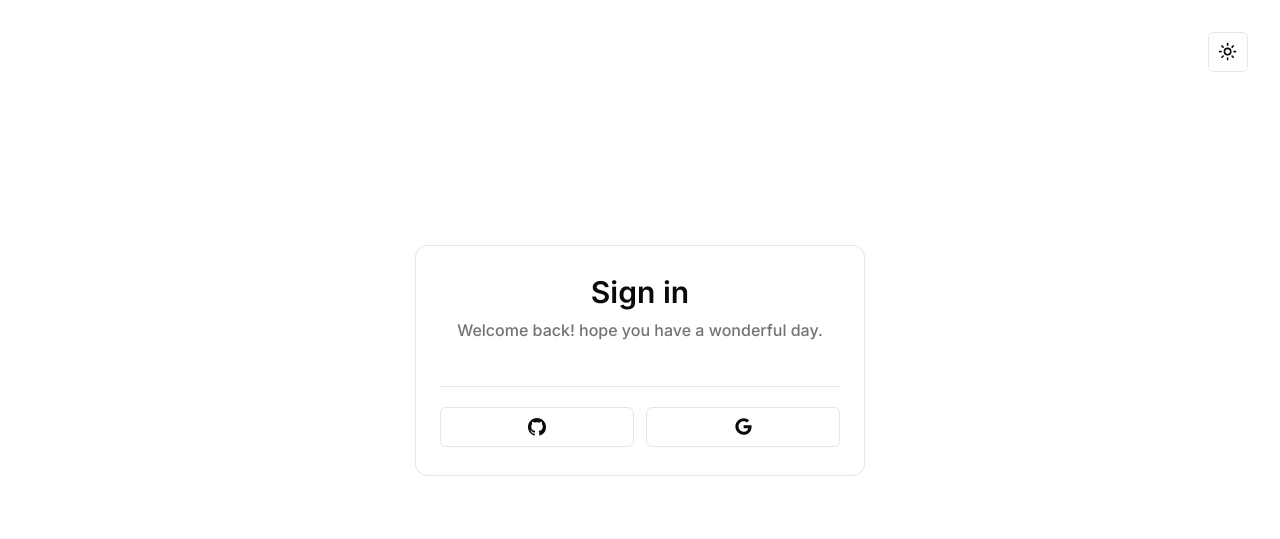
Repository: nickgoel31/authentication-toolkit
Page: /sign-in
These files come from the project's save history. The page is drawn as it stood at one moment and after a run of saves; the edit follows.
The browser window is 1280 px wide. The pictures show the whole page.
The project was rebuilt for these pictures with package versions that can differ from the ones it lists, and the page was loaded fresh each time. The framework's server and built-in components were replaced by stand-ins that run in the browser. Also part of the build but not shown: next.config.mjs.

Above is the page before, as saved 2024-02-04 13:38:10.

After the next 2 saves:
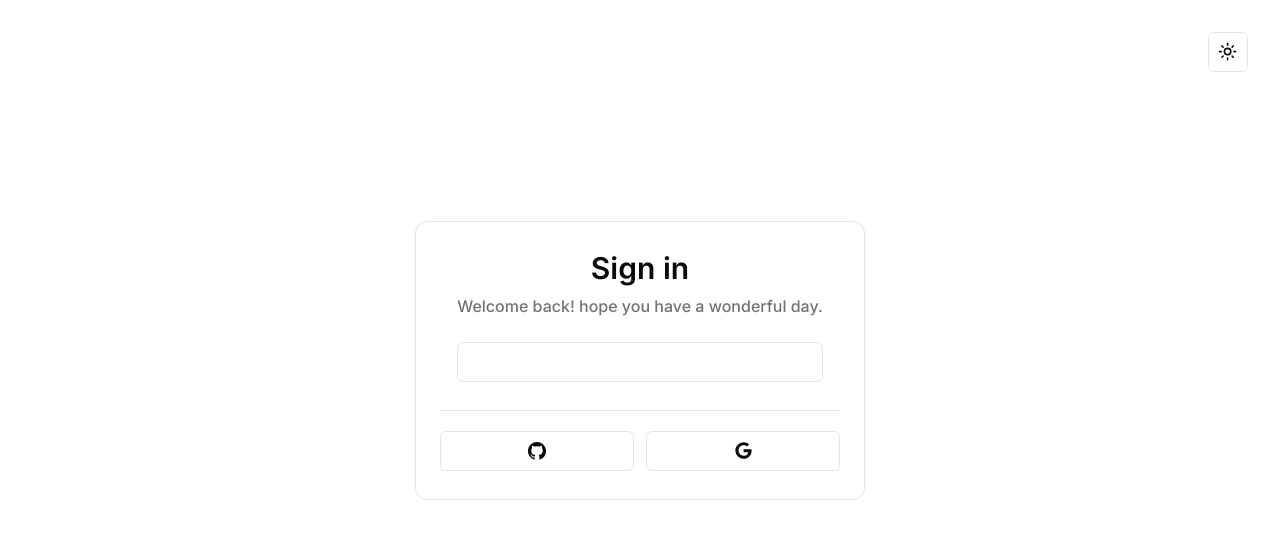
The 2 saves are shown as one change because they came seconds apart.
The last was saved 18 s later.
--- a/components/auth/sign-in-form.tsx
+++ b/components/auth/sign-in-form.tsx
@@ -1,3 +1,5 @@
+"use client"
+
 import React from 'react'
 import { zodResolver } from "@hookform/resolvers/zod"
 import { useForm } from "react-hook-form"
@@ -37,7 +39,7 @@ const SignInForm = () => {
             <FormItem>
                 <FormLabel />
                 <FormControl>
-                { /* Your form field */}
+                    <Input />
                 </FormControl>
                 <FormDescription />
                 <FormMessage />
